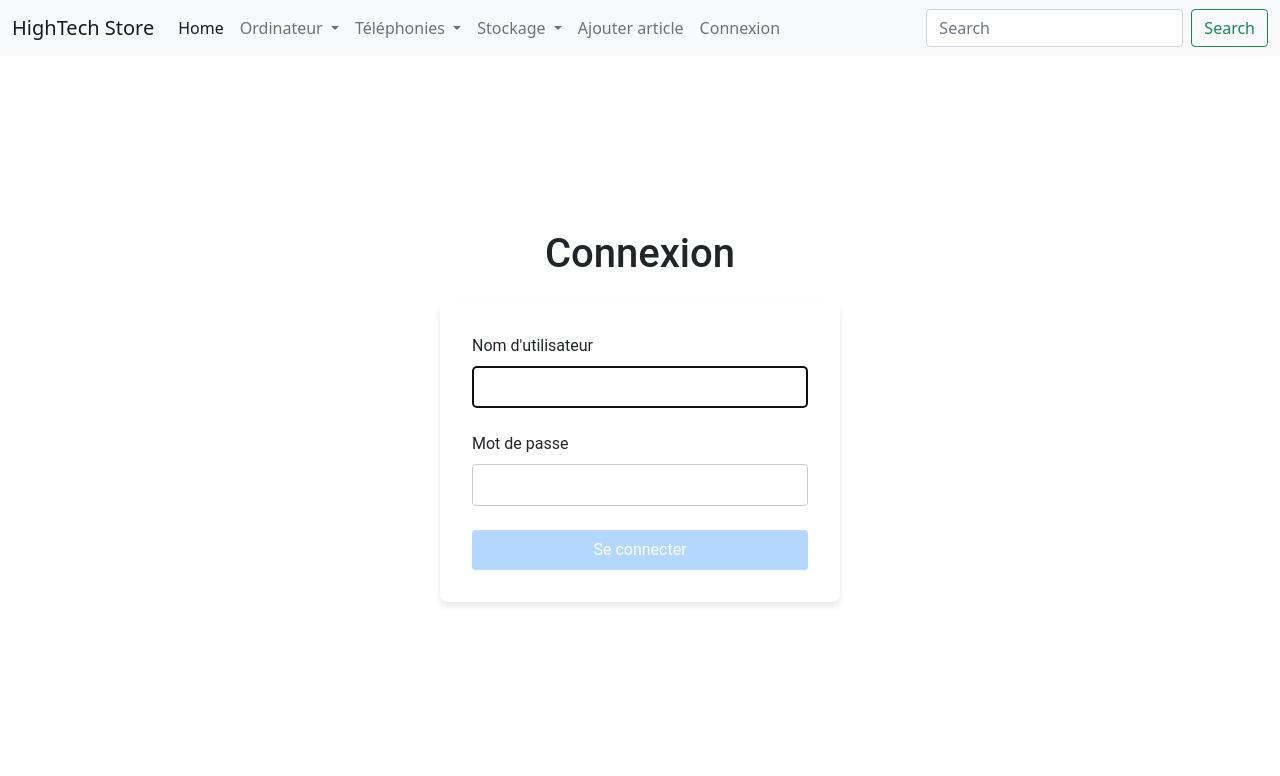
Repository: HaPhuong-krys/M1-angular
Page: /Connexion
These files come from the project's save history. The page is drawn as it stood at one moment and after a run of saves; the edit follows.
The browser window is 1280 px wide. The pictures show the whole page.
The project was rebuilt for these pictures with package versions that can differ from the ones it lists, and the page was loaded fresh each time. Also part of the build but not shown: angular.json, src/app/home/home.component.ts, src/app/pc-bureau/pc-bureau.component.ts, src/app/pc-portable/pc-portable.component.ts, src/app/ajouter-article-form/ajouter-article-form.component.ts, src/app/Model/Articles.ts, src/app/accessoire-ordi/accessoire-ordi.component.ts, src/app/smart-phone/smart-phone.component.ts and 10 more.

Above is the page before, as saved 2023-04-22 23:55:20.

### src/index.html
<!doctype html>
<html lang="en">
<head>
  <meta charset="utf-8">
  <title>HighTechStore</title>
  <base href="/">
  <meta name="viewport" content="width=device-width, initial-scale=1">
  <link rel="icon" type="image/x-icon" href="favicon.ico">
  <!-- Boostrap css -->
  <link href="https://cdn.jsdelivr.net/npm/bootstrap@5.0.2/dist/css/bootstrap.min.css"
  rel="stylesheet" integrity="sha384-EVSTQN3/azprG1Anm3QDgpJLIm9Nao0Yz1ztcQTwFspd3yD65VohhpuuCOmLASjC" crossorigin="anonymous">
</head>
<body>
  <app-root></app-root>
   <!-- Boostrap -->
  <script src="https://cdn.jsdelivr.net/npm/@popperjs/core@2.9.2/dist/umd/popper.min.js"
  integrity="sha384-IQsoLXl5PILFhosVNubq5LC7Qb9DXgDA9i+tQ8Zj3iwWAwPtgFTxbJ8NT4GN1R8p" crossorigin="anonymous"></script>
  <script src="https://cdn.jsdelivr.net/npm/bootstrap@5.0.2/dist/js/bootstrap.min.js"
  integrity="sha384-cVKIPhGWiC2Al4u+LWgxfKTRIcfu0JTxR+EQDz/bgldoEyl4H0zUF0QKbrJ0EcQF" crossorigin="anonymous"></script>
</body>
</html>

### src/app/app.module.ts
import { NgModule } from '@angular/core';
import { BrowserModule } from '@angular/platform-browser';

import { AppRoutingModule } from './app-routing.module';
import { AppComponent } from './app.component';
import { NavbarComponent } from './navbar/navbar.component';
import { HomeComponent } from './home/home.component';
import { PcPortableComponent } from './pc-portable/pc-portable.component';
import { PcBureauComponent } from './pc-bureau/pc-bureau.component';
import { ConnexionComponent } from './connexion/connexion.component';
import { PhonesModule } from './modules/phones/phones.module';
import { StockageModule } from './modules/stockage/stockage.module';
import { AjouterArticleFormComponent } from './ajouter-article-form/ajouter-article-form.component';
import {HttpClientModule} from '@angular/common/http';
import { PcPortableServiceService } from './pc-portable-service.service';
import { FormCreationArticleService } from './form-creation-article.service';
import { FooterComponent } from './footer/footer.component';
import { FormsModule } from '@angular/forms';
import { HomeService } from './home.service';
import { PcBureauServiceService } from './pc-bureau-service.service';
import { AccesOrdiServiceService } from './acces-ordi-service.service';
import { AccessoireOrdiComponent } from './accessoire-ordi/accessoire-ordi.component';
import { SmartPhoneComponent } from './smart-phone/smart-phone.component';
import { SmartPhoneServiceService } from './smart-phone-service.service';
import { TelephoneFixComponent } from './telephone-fix/telephone-fix.component';
import { TelephoneFixServiceService } from './telephone-fix-service.service';
import { AccessoireTelfixComponent } from './accessoire-telfix/accessoire-telfix.component';
import { AccesTelfixServiceService } from './acces-telfix-service.service';
import { DisqueDurComponent } from './disque-dur/disque-dur.component';
import { UsbComponent } from './usb/usb.component';
import { AccessoireStockageComponent } from './accessoire-stockage/accessoire-stockage.component';
import { DisqueDurServiceService } from './disque-dur-service.service';
import { UsersComponent } from './users/users.component';
import { DeconnexionComponent } from './deconnexion/deconnexion.component';

@NgModule({
  declarations: [
    AppComponent,
    NavbarComponent,
    HomeComponent,
    PcPortableComponent,
    PcBureauComponent,
    ConnexionComponent,
    AjouterArticleFormComponent,
    FooterComponent,
    AccessoireOrdiComponent,
    SmartPhoneComponent,
    TelephoneFixComponent,
    AccessoireTelfixComponent,
    DisqueDurComponent,
    UsbComponent,
    AccessoireStockageComponent,
    UsersComponent,
    DeconnexionComponent,


  ],
  imports: [
    BrowserModule,
    AppRoutingModule,
    PhonesModule,
    StockageModule,
    HttpClientModule,
    FormsModule
  ],
  providers: [
    PcPortableServiceService,
    FormCreationArticleService,
    HomeService,
    PcBureauServiceService,
    AccesOrdiServiceService,
    SmartPhoneServiceService,
    TelephoneFixServiceService,
    AccesTelfixServiceService,
    DisqueDurServiceService
  ],
  bootstrap: [AppComponent]
})
export class AppModule { }

### src/app/app-routing.module.ts
import { NgModule } from '@angular/core';
import { RouterModule, Routes } from '@angular/router';
import { ConnexionComponent } from './connexion/connexion.component';
import { HomeComponent } from './home/home.component';
import { PcBureauComponent } from './pc-bureau/pc-bureau.component';
import { PcPortableComponent } from './pc-portable/pc-portable.component';
import { AjouterArticleFormComponent } from './ajouter-article-form/ajouter-article-form.component';
import { AccessoireOrdiComponent } from './accessoire-ordi/accessoire-ordi.component';
import { SmartPhoneComponent } from './smart-phone/smart-phone.component';
import { TelephoneFixComponent } from './telephone-fix/telephone-fix.component';
import { AccessoireTelfixComponent } from './accessoire-telfix/accessoire-telfix.component';
import { DisqueDurComponent } from './disque-dur/disque-dur.component';
import { UsbComponent } from './usb/usb.component';
import { AccessoireStockageComponent } from './accessoire-stockage/accessoire-stockage.component';

const routes: Routes = [
  { path:'home', component:HomeComponent},
  { path: 'PcPortable', component: PcPortableComponent},
  { path: 'PcBureau', component: PcBureauComponent},
  { path: 'Connexion', component: ConnexionComponent},
  { path: 'AjouterAticleForm', component: AjouterArticleFormComponent},
  { path: 'AccessoireOrdi', component: AccessoireOrdiComponent},
  { path: 'SmartPhone', component: SmartPhoneComponent},
  { path: 'telephoneFix', component: TelephoneFixComponent},
  { path: 'AccessoireTelFix', component: AccessoireTelfixComponent},
  { path: 'DisqueDur', component: DisqueDurComponent},
  { path: 'USB', component: UsbComponent},
  { path: 'AccessoireStock', component : AccessoireStockageComponent}
];

@NgModule({
  imports: [RouterModule.forRoot(routes)],
  exports: [RouterModule]
})
export class AppRoutingModule { }

### src/app/app.component.ts
import { Component } from '@angular/core';

@Component({
  selector: 'app-root',
  templateUrl: './app.component.html',
  styleUrls: ['./app.component.css']
})
export class AppComponent {
  title = 'HighTechStore';
}

### src/app/connexion/connexion.component.ts
// connexion.component.ts
import { Component } from '@angular/core';
import { NgForm } from '@angular/forms';
import { AuthService } from './auth.service';

@Component({
  selector: 'app-connexion',
  templateUrl: './connexion.component.html',
  styleUrls: ['./connexion.component.css']
})
export class ConnexionComponent {
  user = {
    username: '',
    password: ''
  };

  constructor(private authService: AuthService) {}

  onSubmit(form: NgForm) {
    if (form.valid) {
      this.authService.login(this.user.username, this.user.password).subscribe(response => {
        // Gérer la réponse et stocker les informations d'authentification
      });
    }
  }
}

### src/app/modules/phones/phones.module.ts
import { NgModule } from '@angular/core';
import { CommonModule } from '@angular/common';

import { PhonesRoutingModule } from './phones-routing.module';


@NgModule({
  declarations: [],
  imports: [
    CommonModule,
    PhonesRoutingModule
  ]
})
export class PhonesModule { }

### src/app/modules/stockage/stockage.module.ts
import { NgModule } from '@angular/core';
import { CommonModule } from '@angular/common';

import { StockageRoutingModule } from './stockage-routing.module';


@NgModule({
  declarations: [],
  imports: [
    CommonModule,
    StockageRoutingModule
  ]
})
export class StockageModule { }

### src/app/pc-portable-service.service.ts
import { Injectable } from '@angular/core';
import  { HttpClient, HttpClientModule } from  '@angular/common/http';
import { Observable } from 'rxjs';
import { Articles } from './Model/Articles';


@Injectable({
  providedIn: 'root'
})
export class PcPortableServiceService {
  url_portable = 'http://localhost:8080/Projet-REST-V1/articles/list/PC_Portable';

  constructor(private http:HttpClient) { }

  getArticlePcPortable():Observable<Array<Articles>>{
    return this.http.get<Array<Articles>>(this.url_portable);
  }
}

### src/app/form-creation-article.service.ts
import { Injectable } from '@angular/core';
import  { HttpClient, HttpClientModule, HttpHeaders } from  '@angular/common/http';
import { Observable } from 'rxjs';
import { Categories } from './Model/Categories';
import { Articles } from './Model/Articles';


@Injectable({
  providedIn: 'root'
})
export class FormCreationArticleService {

  url = 'http://localhost:8080/Projet-REST-V1/categories/list';

  addUrl = 'http://localhost:8080/Projet-REST-V1/articles';

  articleData: any = {};

  constructor(private http:HttpClient) { }

  getAllCategories():Observable<Array<Categories>>{
    return this.http.get<Array<Categories>>(this.url);
  }

  httpOptions = {
    headers: new HttpHeaders({ 'Content-Type': 'application/json' })
  };

  addArticle(article: Articles): Observable<Articles> {
    const url = `${this.addUrl}/add`;
    return this.http.post<Articles>(url, article, this.httpOptions);
    //return this.http.post<Articles[]>(`${this.addUrl}/add`, article);
  }

}

### src/app/home.service.ts
import { Injectable } from '@angular/core';
import  { HttpClient, HttpClientModule, HttpHeaders } from  '@angular/common/http';
import { Observable } from 'rxjs';
import { Categories } from './Model/Categories';
import { Articles } from './Model/Articles';

@Injectable({
  providedIn: 'root'
})
export class HomeService {
  url = 'http://localhost:8080/Projet-REST-V1/articles/list';
  articleData: any = {};

  constructor(private http:HttpClient) { }

  getAllArticle():Observable<Array<Articles>>{
    return this.http.get<Array<Articles>>(this.url);
  }
}

### src/app/pc-bureau-service.service.ts
import { HttpClient } from '@angular/common/http';
import { Injectable } from '@angular/core';
import { Observable } from 'rxjs';
import { Articles } from './Model/Articles';

@Injectable({
  providedIn: 'root'
})
export class PcBureauServiceService {

  url_bureau = 'http://localhost:8080/Projet-REST-V1/articles/list/PC_Bureau';

  constructor(private http:HttpClient) { }

  getArticlePcBureau():Observable<Array<Articles>>{
    return this.http.get<Array<Articles>>(this.url_bureau);
  }
}

### src/app/acces-ordi-service.service.ts
import { HttpClient } from '@angular/common/http';
import { Injectable } from '@angular/core';
import { Observable } from 'rxjs';
import { Articles } from './Model/Articles';

@Injectable({
  providedIn: 'root'
})
export class AccesOrdiServiceService {

  access_ordi = 'http://localhost:8080/Projet-REST-V1/articles/list/accessoire_ordi';
  constructor(private http:HttpClient) { }

  getArticleAccesoireOrdi(): Observable<Array<Articles>>{
    return this.http.get<Array<Articles>>(this.access_ordi);
  }
}

### src/app/smart-phone-service.service.ts
import { HttpClient } from '@angular/common/http';
import { Injectable } from '@angular/core';
import { Observable } from 'rxjs';
import { Articles } from './Model/Articles';

@Injectable({
  providedIn: 'root'
})
export class SmartPhoneServiceService {

  url_smartphone = 'http://localhost:8080/Projet-REST-V1/articles/list/smartphone';


  constructor(private http: HttpClient) { }

  getArticleSmartphone():Observable<Array<Articles>>{
    return this.http.get<Array<Articles>>(this.url_smartphone);
  }
}

### src/app/telephone-fix-service.service.ts
import { HttpClient } from '@angular/common/http';
import { Injectable } from '@angular/core';
import { Articles } from './Model/Articles';

@Injectable({
  providedIn: 'root'
})
export class TelephoneFixServiceService {
  url_telFix = 'http://localhost:8080/Projet-REST-V1/articles/list/telephoneFix';

  constructor(private http: HttpClient) { }

  getArticleTelephoneFix(){
    return this.http.get<Array<Articles>>(this.url_telFix);
  }
}

### src/app/acces-telfix-service.service.ts
import { HttpClient } from '@angular/common/http';
import { Injectable } from '@angular/core';
import { Articles } from './Model/Articles';

@Injectable({
  providedIn: 'root'
})
export class AccesTelfixServiceService {

  url_accesstel= 'http://localhost:8080/Projet-REST-V1/articles/list/accessoire_tel';

  constructor(private http:HttpClient) { }

  getArticleAccessoireTelFix(){
    return this.http.get<Array<Articles>>(this.url_accesstel);
  }

}

### src/app/disque-dur-service.service.ts
import { HttpClient } from '@angular/common/http';
import { Injectable } from '@angular/core';
import { Articles } from './Model/Articles';

@Injectable({
  providedIn: 'root'
})
export class DisqueDurServiceService {

  url_disque = 'http://localhost:8080/Projet-REST-V1/articles/list/Disque_dur';

  constructor(private http:HttpClient) { }

  getArticleDisqurDur(){
    return this.http.get<Array<Articles>>(this.url_disque);
  }

}

### src/app/navbar/navbar.component.html

<nav class="navbar navbar-expand-lg navbar-light bg-light">
    <div class="container-fluid">
      <a class="navbar-brand" href="#">HighTech Store</a>
      <button class="navbar-toggler" type="button" data-bs-toggle="collapse" data-bs-target="#navbarSupportedContent" aria-controls="navbarSupportedContent" aria-expanded="false" aria-label="Toggle navigation">
        <span class="navbar-toggler-icon"></span>
      </button>
      <div class="collapse navbar-collapse" id="navbarSupportedContent">
        <ul class="navbar-nav me-auto mb-2 mb-lg-0">
          <li class="nav-item">
            <a class="nav-link active" aria-current="page" href="/home">Home</a>
          </li>
          <li class="nav-item dropdown">
            <a class="nav-link dropdown-toggle" href="#" id="navbarDropdown" role="button" data-bs-toggle="dropdown" aria-expanded="false">
              Ordinateur
            </a>
            <ul class="dropdown-menu" aria-labelledby="navbarDropdown">
              <li><a class="dropdown-item" routerLink="/PcPortable">Pc Portable</a></li>
              <li><a class="dropdown-item" routerLink="/PcBureau">Pc Bureau</a></li>
              <li><hr class="dropdown-divider"></li>
              <li><a class="dropdown-item" href="/AccessoireOrdi">Accessoire</a></li>
            </ul>
          </li>
          <li class="nav-item dropdown">
            <a class="nav-link dropdown-toggle" href="#" id="navbarDropdown" role="button" data-bs-toggle="dropdown" aria-expanded="false">
              Téléphonies
            </a>
            <ul class="dropdown-menu" aria-labelledby="navbarDropdown">
              <li><a class="dropdown-item" routerLink="/SmartPhone">Smart Phone</a></li>
              <li><a class="dropdown-item" routerLink="/telephoneFix">Téléphone Fixe</a></li>
              <li><hr class="dropdown-divider"></li>
              <li><a class="dropdown-item" href="/AccessoireTelFix">Accessoire</a></li>
            </ul>
          </li>

          <li class="nav-item dropdown">
            <a class="nav-link dropdown-toggle" href="#" id="navbarDropdown" role="button" data-bs-toggle="dropdown" aria-expanded="false">
              Stockage
            </a>
            <ul class="dropdown-menu" aria-labelledby="navbarDropdown">
              <li><a class="dropdown-item" routerLink="/DisqueDur">Disque Dur</a></li>
              <li><a class="dropdown-item" routerLink="/USB">Clé USB</a></li>
              <li><hr class="dropdown-divider"></li>
              <li><a class="dropdown-item" href="/AccessoireStock">Accessoire</a></li>
            </ul>
          </li>

          <li class="nav-item">
            <a class="nav-link" href="/AjouterAticleForm">Ajouter article</a>
          </li>

          <li class="nav-item">
            <a class="nav-link" href="/Connexion">Connexion  </a>
          </li>
        </ul>
        <form class="d-flex">
          <input class="form-control me-2" type="search" placeholder="Search" aria-label="Search">
          <button class="btn btn-outline-success" type="submit">Search</button>
        </form>
      </div>
    </div>
  </nav>

### src/app/connexion/connexion.component.html
<!-- login.component.html -->
<div class="login-container">
    <h1>Connexion</h1>
    <div class="form-container">
    <form (submit)="onSubmit(loginForm)" #loginForm="ngForm">
      <div class="form-group">
        <label for="username">Nom d'utilisateur</label>
        <input type="text" id="username" name="username" [(ngModel)]="user.username" required autofocus>
      </div>

      <div class="form-group">
        <label for="password">Mot de passe</label>
        <input type="password" id="password" name="password" [(ngModel)]="user.password" required>
      </div>

      <button type="submit" [disabled]="!loginForm.valid">Se connecter</button>
    </form>
  </div>

### src/app/connexion/connexion.component.css
/* connexion.component.css */
/* connexion.component.css */
.login-container {
    display: flex;
    flex-direction: column;
    justify-content: center;
    align-items: center;
    min-height: 100vh;
    font-family: 'Roboto', sans-serif;
  }

  h1 {
    text-align: center;
    margin-bottom: 1.5rem;
  }

  .form-container {
    background-color: #ffffff;
    padding: 2rem;
    border-radius: 8px;
    box-shadow: 0 4px 6px rgba(0, 0, 0, 0.1);
    width: 100%;
    max-width: 400px;
  }

.form-group {
  display: flex;
  flex-direction: column;
  margin-bottom: 1.5rem;
}

label {
  margin-bottom: 0.5rem;
}

input {
  padding: 0.5rem;
  font-size: 1rem;
  border: 1px solid #cccccc;
  border-radius: 4px;
}

button {
  cursor: pointer;
  background-color: #007bff;
  color: #ffffff;
  padding: 0.5rem;
  font-size: 1rem;
  border: none;
  border-radius: 4px;
  width: 100%;
}

button:hover {
  background-color: #0069d9;
}

button:disabled {
  background-color: #b3d7ff;
  cursor: not-allowed;
}

### src/app/connexion/auth.service.ts
// auth.service.ts
import { Injectable } from '@angular/core';
import { HttpClient } from '@angular/common/http';
import { Observable } from 'rxjs';

@Injectable({
  providedIn: 'root'
})
export class AuthService {
  private apiUrl = 'http://localhost:8080/api/auth'; // Remplacez cette URL par celle de votre propre API d'authentification

  constructor(private http: HttpClient) {}

  login(username: string, password: string): Observable<any> {
    const body = {
      username,
      password
    };
    return this.http.post(`${this.apiUrl}/login`, body);
  }

  // Ajoutez d'autres méthodes d'authentification si nécessaire, comme register(), logout(), etc.
}

### src/app/modules/phones/phones-routing.module.ts
import { NgModule } from '@angular/core';
import { RouterModule, Routes } from '@angular/router';

const routes: Routes = [];

@NgModule({
  imports: [RouterModule.forChild(routes)],
  exports: [RouterModule]
})
export class PhonesRoutingModule { }

### src/app/modules/stockage/stockage-routing.module.ts
import { NgModule } from '@angular/core';
import { RouterModule, Routes } from '@angular/router';

const routes: Routes = [];

@NgModule({
  imports: [RouterModule.forChild(routes)],
  exports: [RouterModule]
})
export class StockageRoutingModule { }

Loaded but not shown: src/styles.css (common file); src/main.ts (common file); src/app/navbar/navbar.component.ts (common file); src/app/app.component.html (common file); src/app/app.component.css (no stored copy; drawn as an empty file); src/app/navbar/navbar.component.css (no stored copy; drawn as an empty file)

After the next 3 saves:
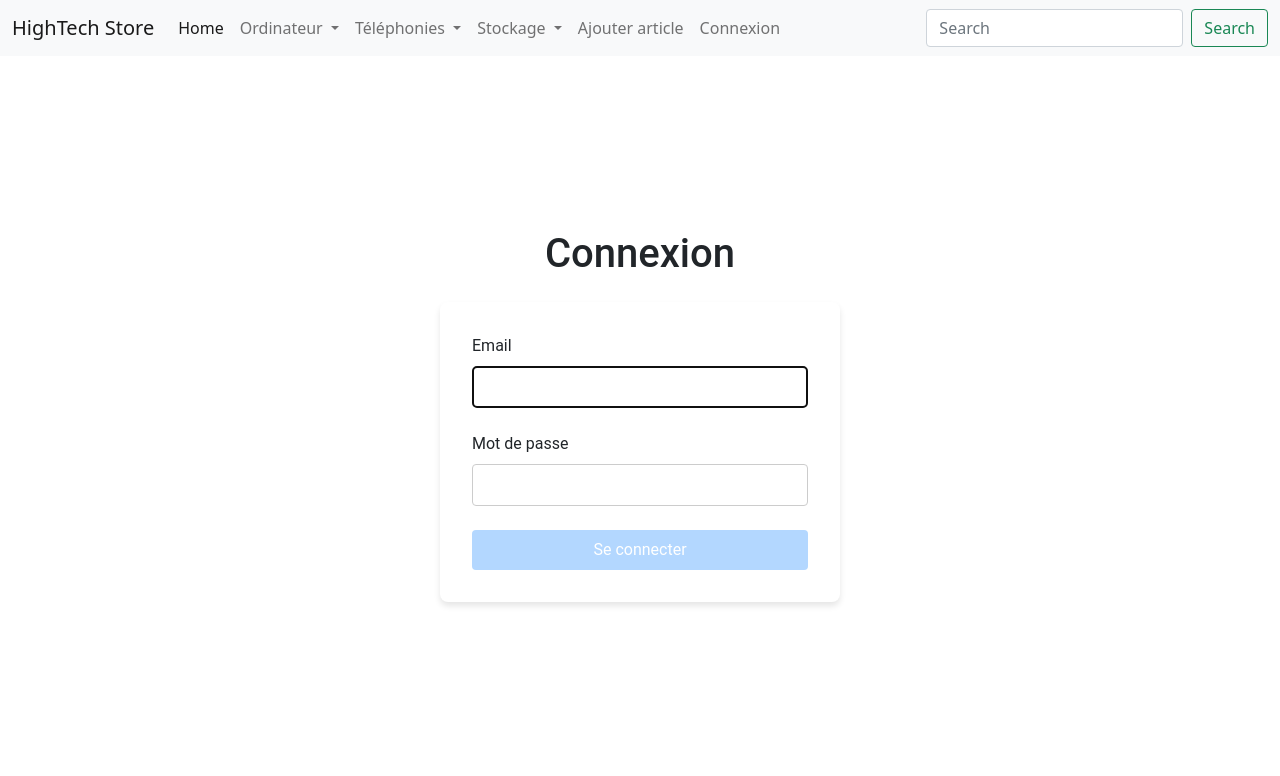
The 3 saves are shown as one change because they came seconds apart.
The last was saved 36 s later.
--- a/src/app/connexion/connexion.component.html
+++ b/src/app/connexion/connexion.component.html
@@ -4,7 +4,7 @@
     <div class="form-container">
     <form (submit)="onSubmit(loginForm)" #loginForm="ngForm">
       <div class="form-group">
-        <label for="username">Nom d'utilisateur</label>
+        <label for="email">Email</label>
         <input type="text" id="username" name="username" [(ngModel)]="user.username" required autofocus>
       </div>
 
